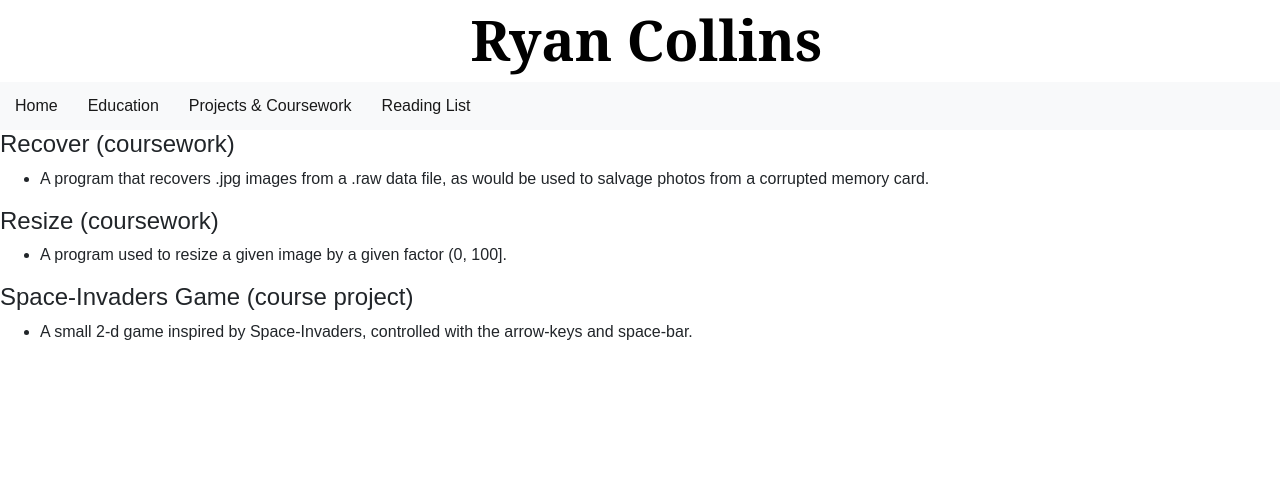
Repository: RyanMCollins/cs50
Page: pset5/homepage/projects.html
The author's editor kept a record of every edit. The page is drawn from the files as they stood at one moment, then again after the next edit.
The browser window is 1280 px wide. The pictures show the whole page.

Above is the page before.

After the next edit:
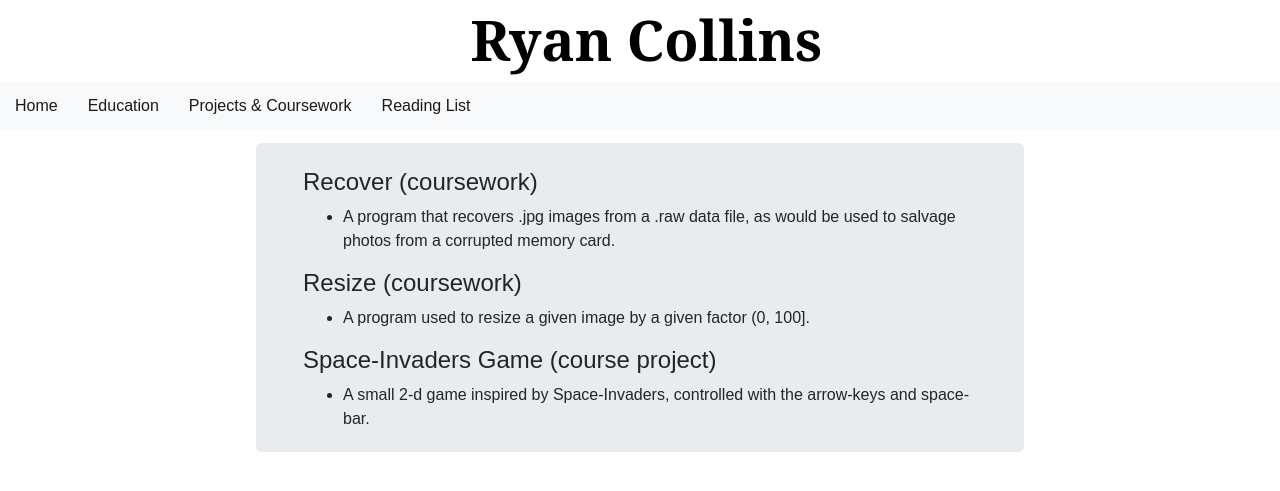
The edit:
--- a/pset5/homepage/projects.html
+++ b/pset5/homepage/projects.html
@@ -37,30 +37,34 @@
                 </ul>
               </div>
         </nav>
-        <h4>
-            Recover (coursework)
-        </h4>
-        <ul>
-            <li>
-                A program that recovers .jpg images from a .raw data file, as would be used to salvage photos from a corrupted
-                memory card.
-            </li>
-        </ul>
-        <h4>
-            Resize (coursework)
-        </h4>
-        <ul>
-            <li>
-                A program used to resize a given image by a given factor (0, 100].
-            </li>
-        </ul>
-        <h4>
-            Space-Invaders Game (course project)
-        </h4>
-        <ul>
-            <li>
-                A small 2-d game inspired by Space-Invaders, controlled with the arrow-keys and space-bar.
-            </li>
-        </ul>
+        <div class="jumbotron">
+            <div class="container">
+                <h4>
+                    Recover (coursework)
+                </h4>
+                <ul>
+                    <li>
+                        A program that recovers .jpg images from a .raw data file, as would be used to salvage photos from a corrupted
+                        memory card.
+                    </li>
+                </ul>
+                <h4>
+                    Resize (coursework)
+                </h4>
+                <ul>
+                    <li>
+                        A program used to resize a given image by a given factor (0, 100].
+                    </li>
+                </ul>
+                <h4>
+                    Space-Invaders Game (course project)
+                </h4>
+                <ul>
+                    <li>
+                        A small 2-d game inspired by Space-Invaders, controlled with the arrow-keys and space-bar.
+                    </li>
+                </ul>
+            </div>
+        </div>
     </body>
 </html>
